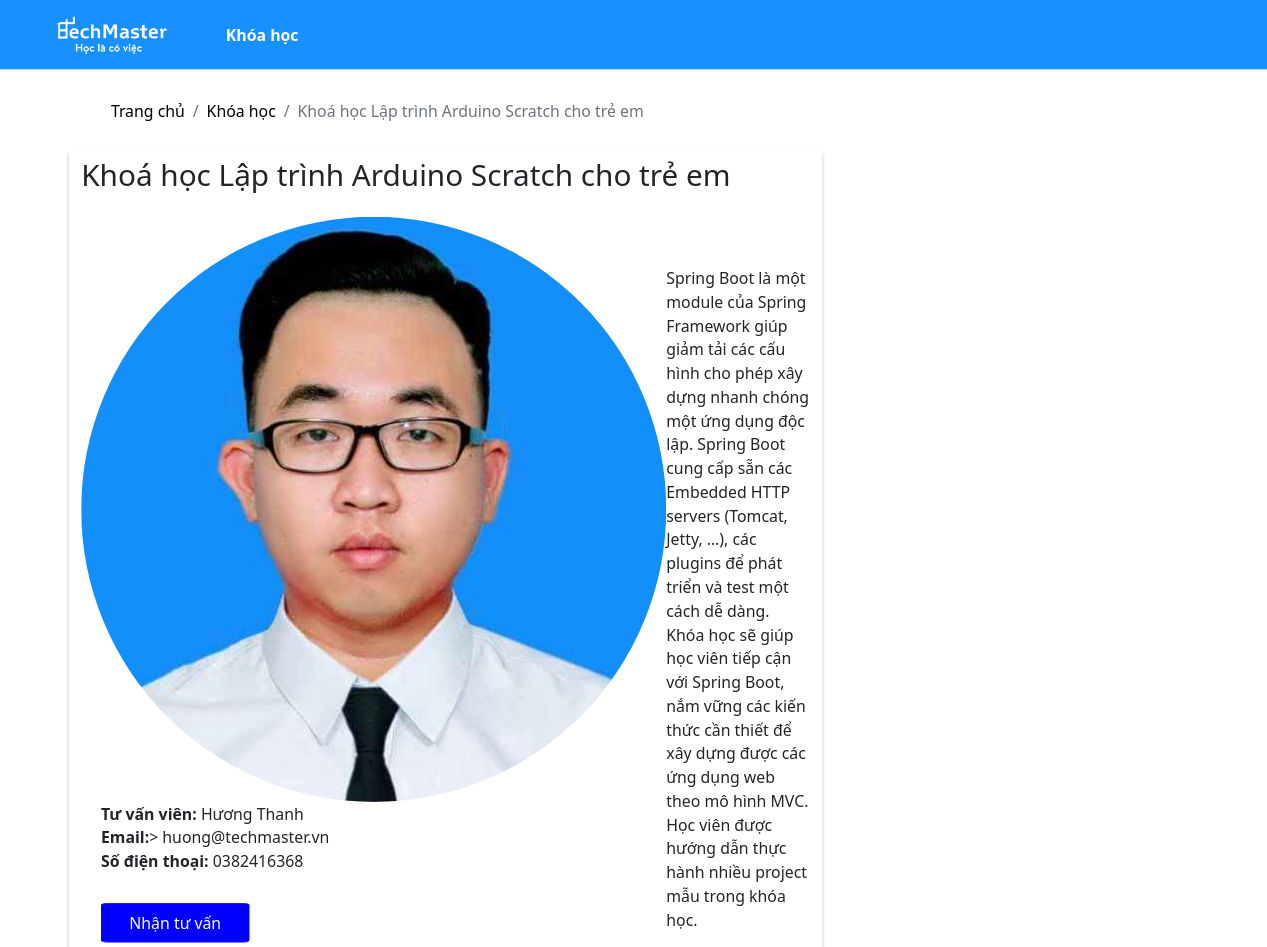
Repository: khanhnahk306/khanhnahk.github.io
Page: Clone_Techmaster/html/kid.html
These files come from the project's save history. The page is drawn as it stood at one moment and after the next save; the edit follows.
The browser window is 1280 px wide. The pictures show the whole page, at 99% of full size.

Above is the page before, as saved 2022-06-10 13:29:05.

After the next save:
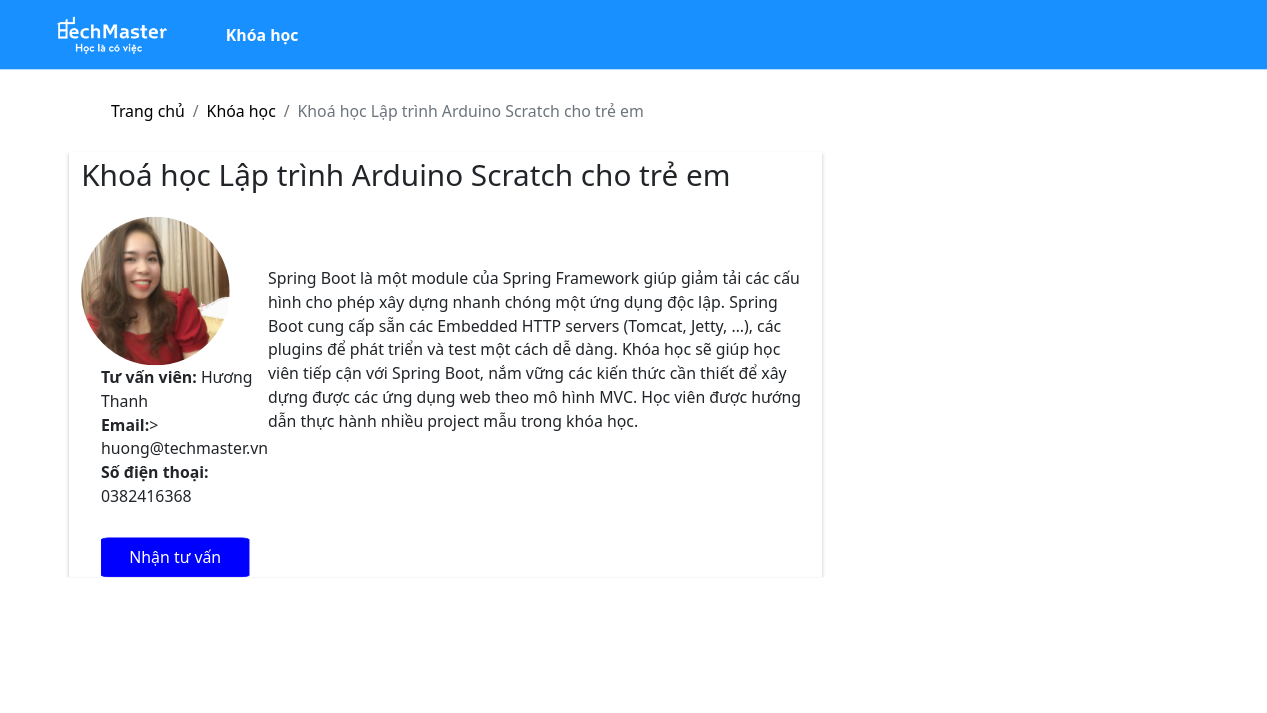
Saved 6 s later.
--- a/Clone_Techmaster/html/kid.html
+++ b/Clone_Techmaster/html/kid.html
@@ -62,7 +62,7 @@
                 <div class="title" style="margin-bottom: 20px; font-size: 30px;">Khoá học Lập trình Arduino Scratch cho trẻ em</div>
                 <div class="support" style="display: flex;">
                     <div class="support-left">
-                        <img src="../picture/avatar3.jpg">
+                        <img src="../picture/avatar2.png">
                     <div class="support-right" style="margin-left: 20px;">
                         <span><b>Tư vấn viên:</b> Hương Thanh</span><br>
                         <span><b>Email:</b>> huong@techmaster.vn</span><br>
